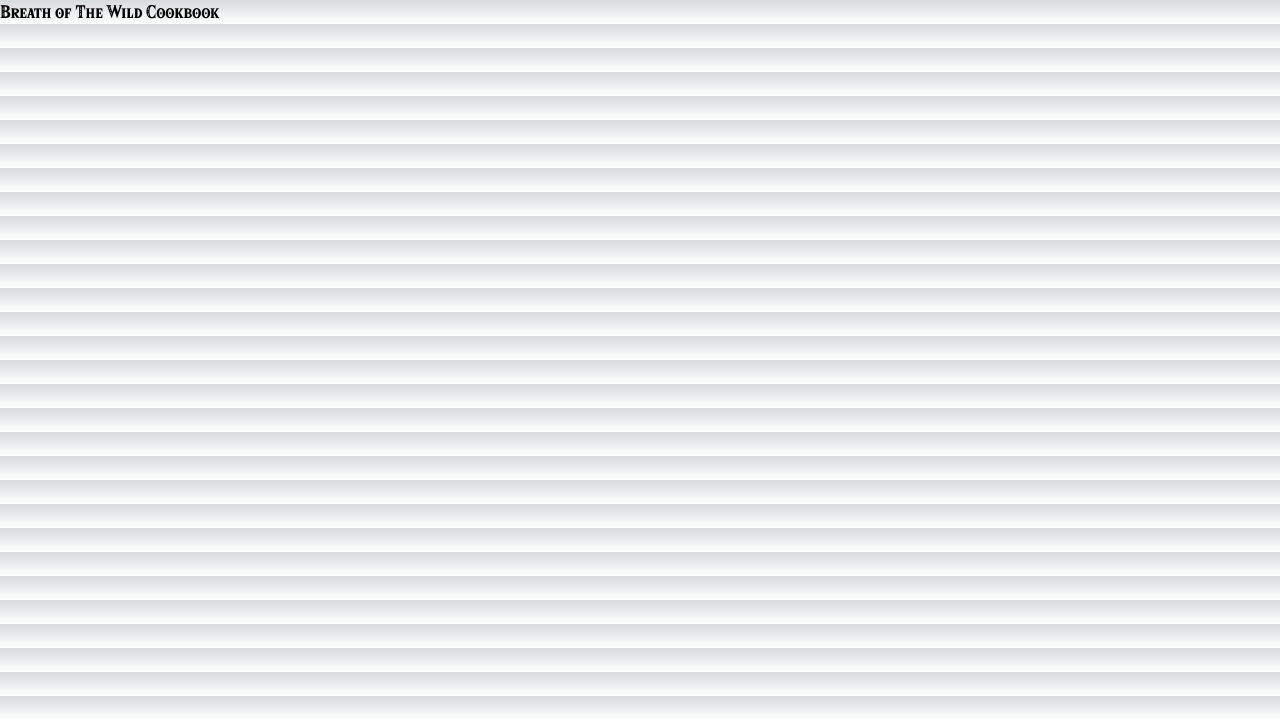
Repository: YanceMcFinn/Breath-of-The-Wild-Cookbook
Page: /
An editor plug-in stored every save of this project. The page is shown before and after the next save, followed by the edit.
The browser window is 1280 px wide. The pictures show the whole page.
The page's requests for data from a server got no answer. The project was rebuilt for these pictures with package versions that can differ from the ones it lists, and the page was loaded fresh each time. The framework's server and built-in components were replaced by stand-ins that run in the browser. No one was signed in, and anything a server would have sent is missing. Also part of the build but not shown: next.config.js, src/app/components/Card.tsx.

Above is the page before, as saved 2023-08-16 13:15:32.

After the next save:
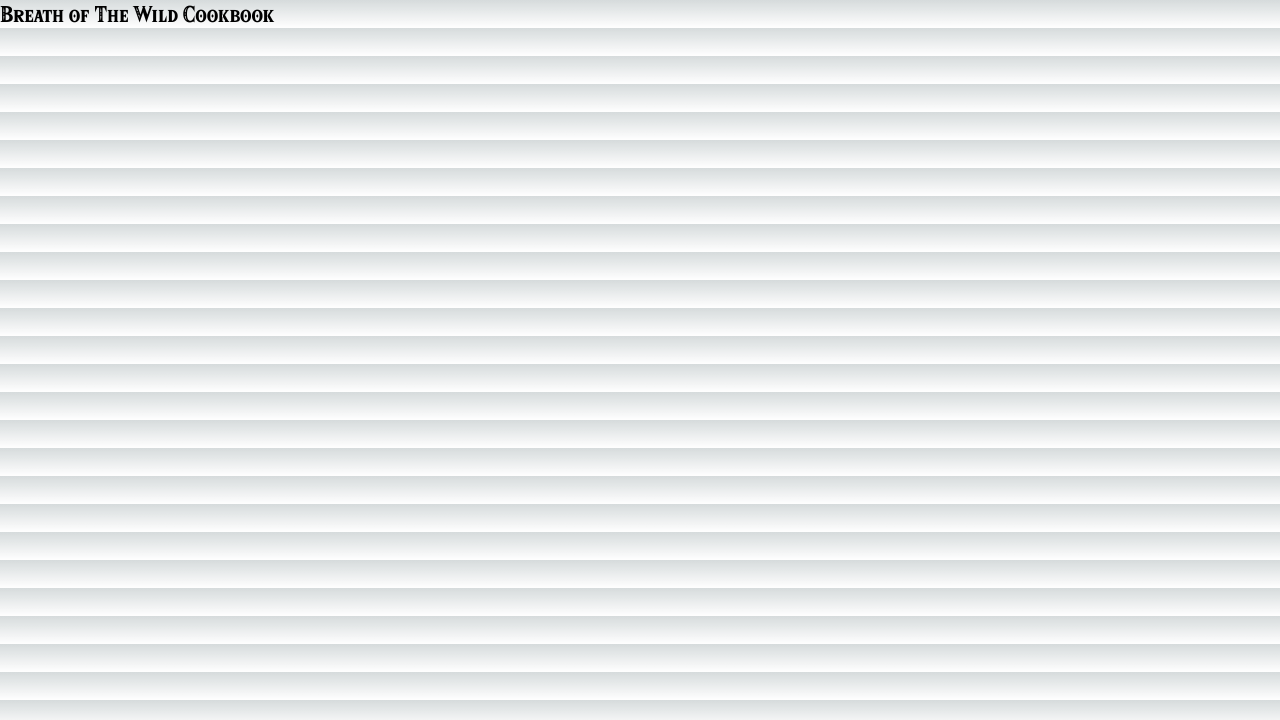
Saved 2 min 8 s later.
--- a/src/app/page.tsx
+++ b/src/app/page.tsx
@@ -21,7 +21,7 @@
   return (
     <main>
       <div>
-        <h5 className='hyliaFont'>Breath of The Wild Cookbook</h5>
+        <h1 className='hyliaFont text-xl'>Breath of The Wild Cookbook</h1>
       </div>
       <div className='grid grid-cols-3 gap-3 px-5'>
         {materials?.map((item)=>{
